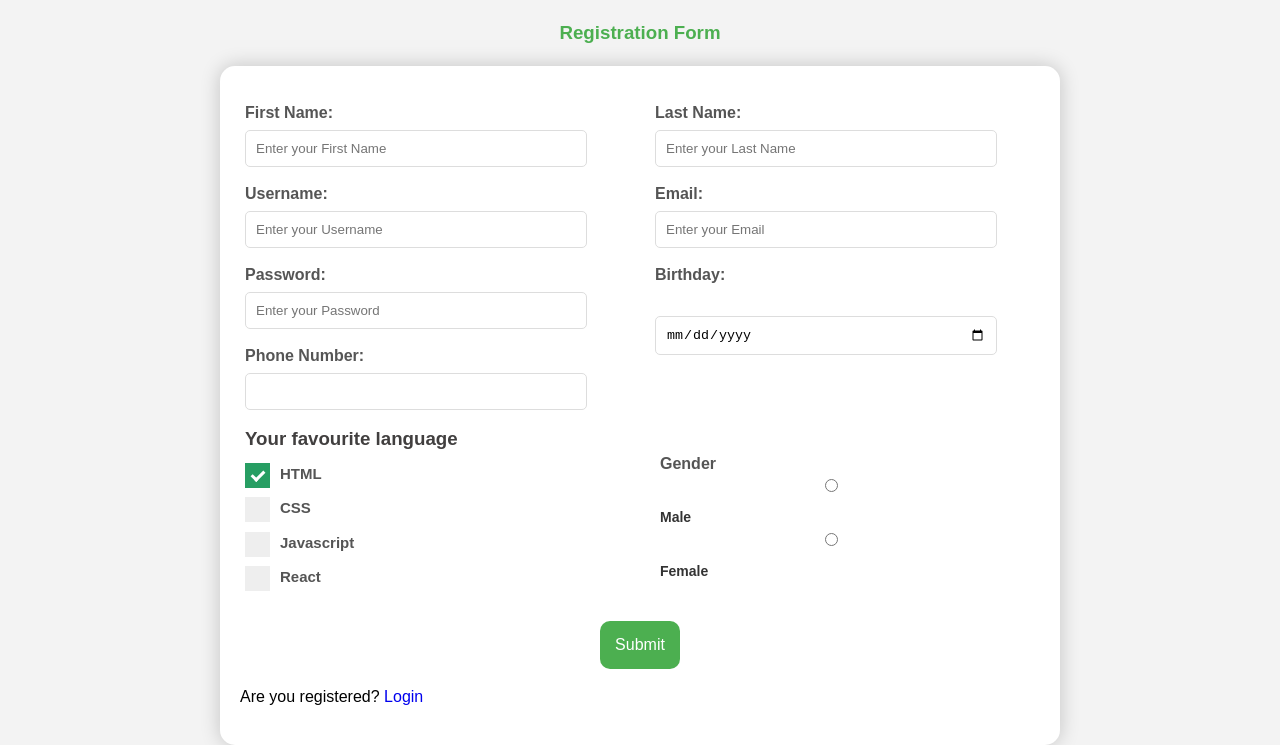
Repository: alizey12/Regestratin-Form-js
Page: regester.html
The author's editor kept a copy of each file at every save. The page is drawn from the files as they stood at one save, then again after the next save.
The browser window is 1280 px wide. The pictures show the whole page.

Above is the page before, as saved 2024-11-29 19:07:07.

After the next save:
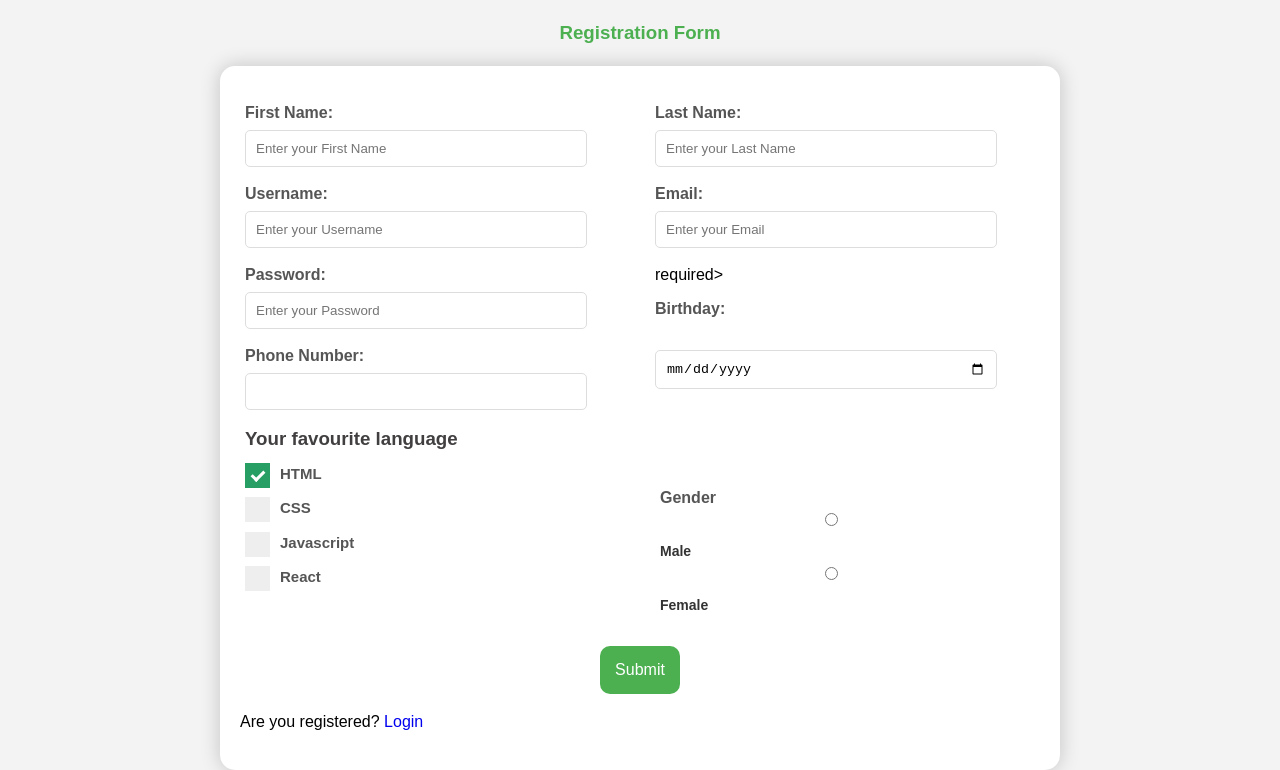
Saved 7 s later.
--- a/regester.html
+++ b/regester.html
@@ -52,7 +52,8 @@
                     <input type="text" id="second" name="second" placeholder="Enter your Last Name" required>
 
                     <label for="email">Email:</label>
-                    <input type="email" id="email" name="email" placeholder="Enter your Email" required>
+                    <input type="email" id="email" name="email" placeholder="Enter your Email"  pattern="^[a-zA-Z0-9._%+-]+@[a-zA-Z0-9.-]+\.[a-zA-Z]{2,}$"
+                    title="Enter a valid email address (e.g., user@example.com)"> required>
 
                     <label for="birthday">Birthday:</label>
                     <br>

After the save that followed:
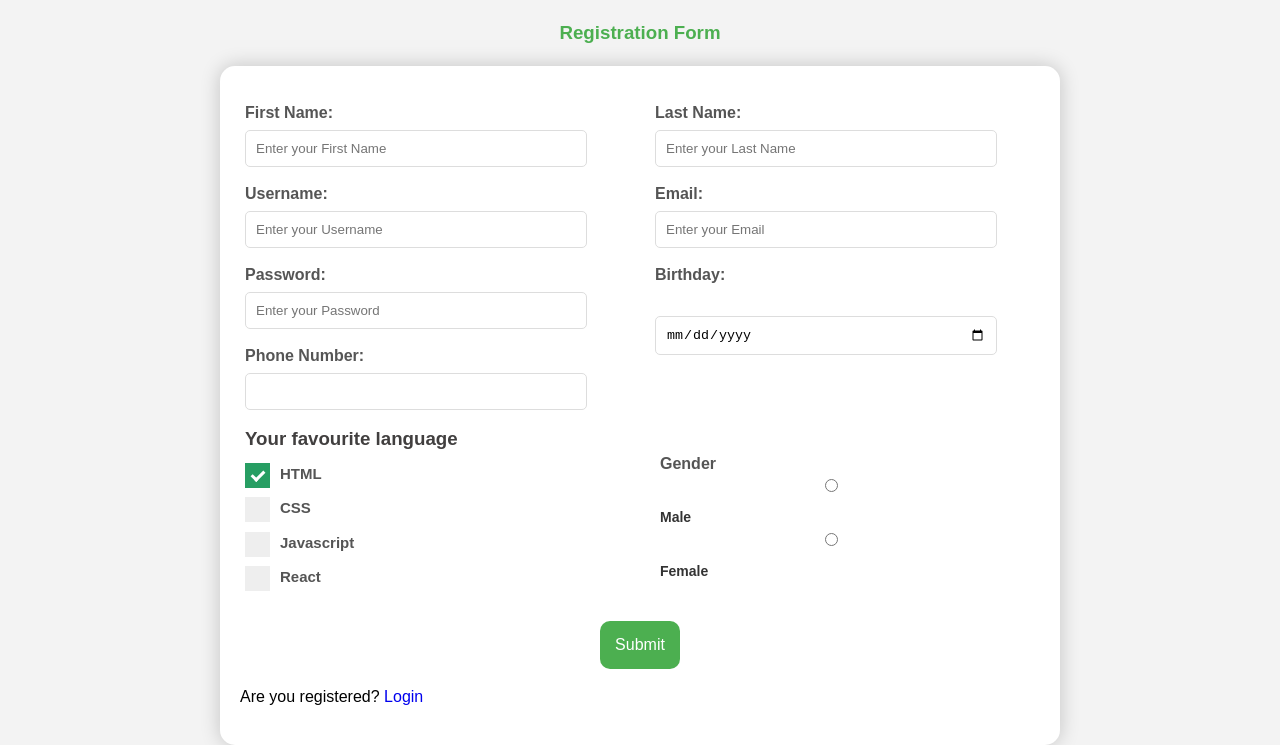
Saved 4 s later.
--- a/regester.html
+++ b/regester.html
@@ -53,7 +53,7 @@
 
                     <label for="email">Email:</label>
                     <input type="email" id="email" name="email" placeholder="Enter your Email"  pattern="^[a-zA-Z0-9._%+-]+@[a-zA-Z0-9.-]+\.[a-zA-Z]{2,}$"
-                    title="Enter a valid email address (e.g., user@example.com)"> required>
+                    title="Enter a valid email address (e.g., user@example.com)" required>
 
                     <label for="birthday">Birthday:</label>
                     <br>
